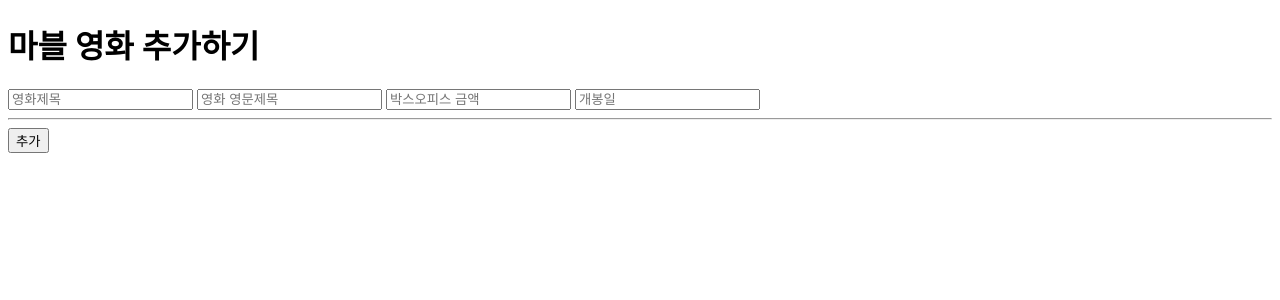
Repository: tkdwns0016/WebEclipse
Page: http://localhost/jsp06_ex/Marble2/input.jsp
An editor plug-in stored every save of this project. The page is shown before and after the next save, followed by the edit.
The browser window is 1280 px wide. The pictures show the whole page.
The page is served by Tomcat 9.

Above is the page before, as saved 2021-05-24 01:07:38.

After the next save:
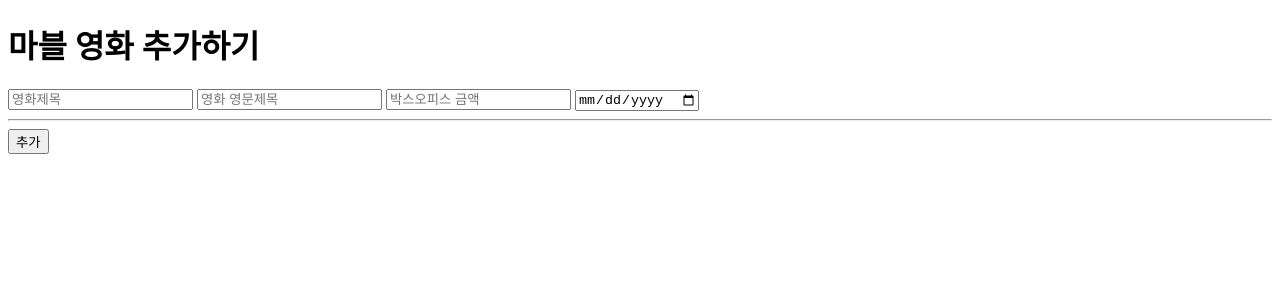
Saved 31 s later.
--- a/jsp06_ex/WebContent/Marble2/input.jsp
+++ b/jsp06_ex/WebContent/Marble2/input.jsp
@@ -13,7 +13,7 @@
 	<input type="text" name="title" placeholder="영화제목">
 	<input type="text" name="titleEng" placeholder="영화 영문제목">
 	<input type="number" name="boxOffice" placeholder="박스오피스 금액">
-	<input type="text" name="releaseDate" placeholder="개봉일">
+	<input type="date" name="releaseDate" title="개봉일">
 	<hr>
 	<input type="submit" value="추가">
 
